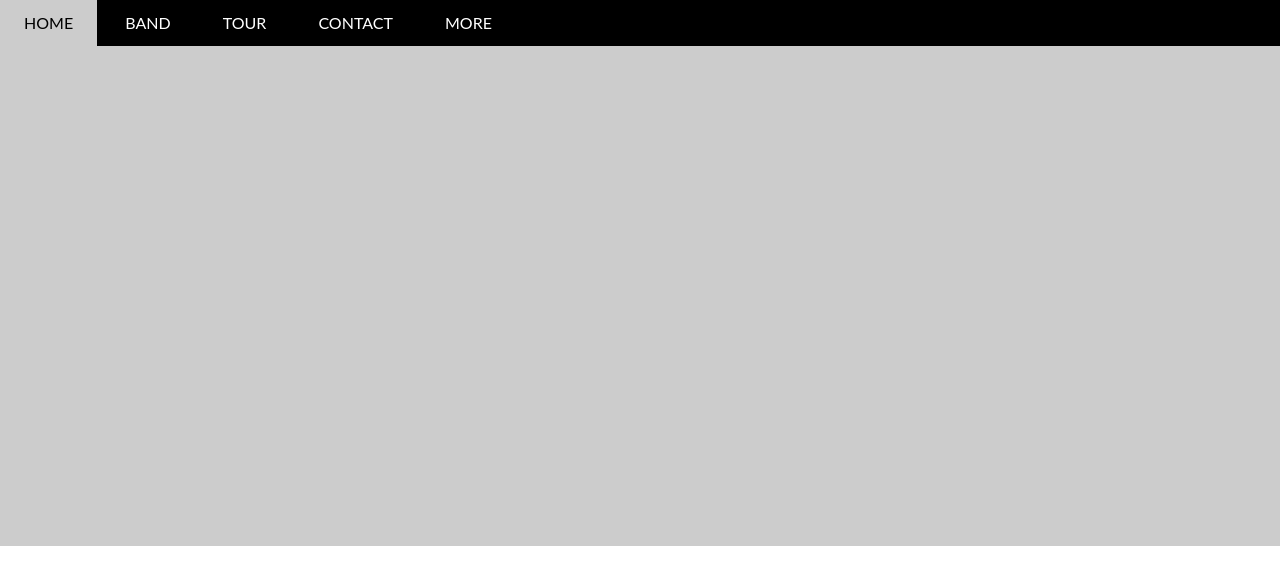
Repository: tatvanhco/web-dau-tay
Page: index.html
An editor plug-in stored every save of this project. The page is shown before and after the next save, followed by the edit.
The browser window is 1280 px wide. The pictures show the whole page.

Above is the page before, as saved 2022-01-23 17:18:08.

After the next save:
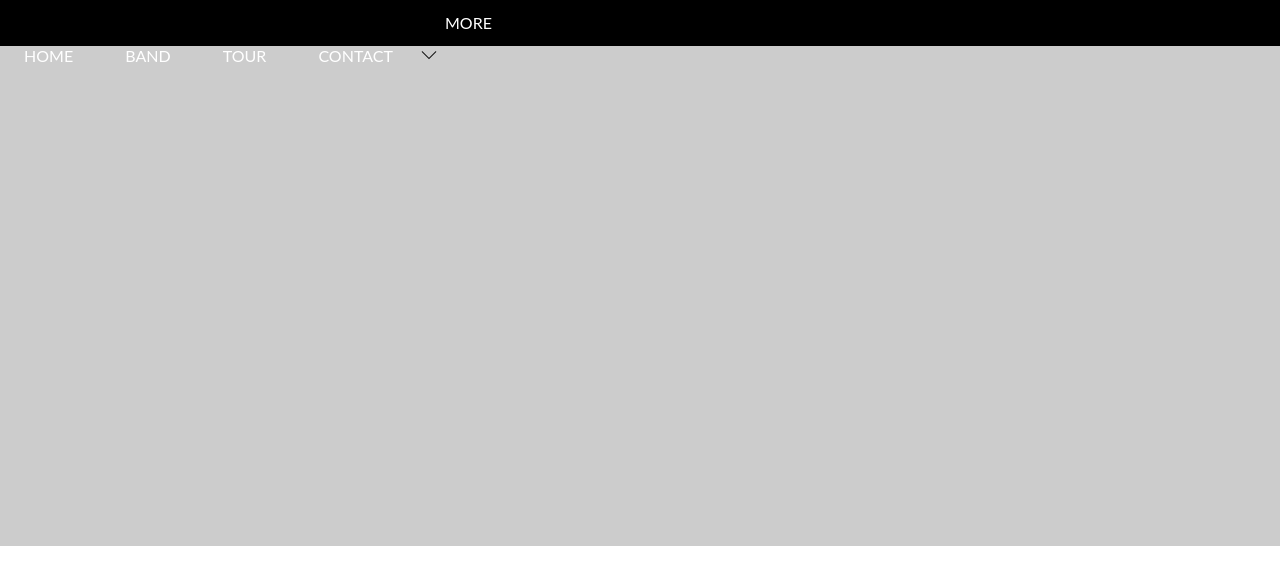
Saved 2 min 51 s later.
--- a/index.html
+++ b/index.html
@@ -6,6 +6,7 @@
     <meta name="viewport" content="width=device-width, initial-scale=1.0">
     <title>the band</title>
     <link rel="shortcut icon" href="./assets/img/band/logo.png" type="image/x-icon">
+    <link rel="stylesheet" href="./assets/fronts/themify-icons/themify-icons.css">
     <link rel="stylesheet" href="./assets/css/style.css">
     <link rel="stylesheet" href="./assets/css/responsive.css">
 </head>
@@ -19,7 +20,7 @@
                 <li><a href="#">contact</a></li>
                 <li>
                     <a href="#">more</a>
-                <!-- <i class="drop-down ti-angle-down"></i> -->
+                <i class="drop-down ti-angle-down"></i>
                     <div class="subnav">
                         <ul>
                             <li><a href="">Merchandise</a></li>

After the save that followed:
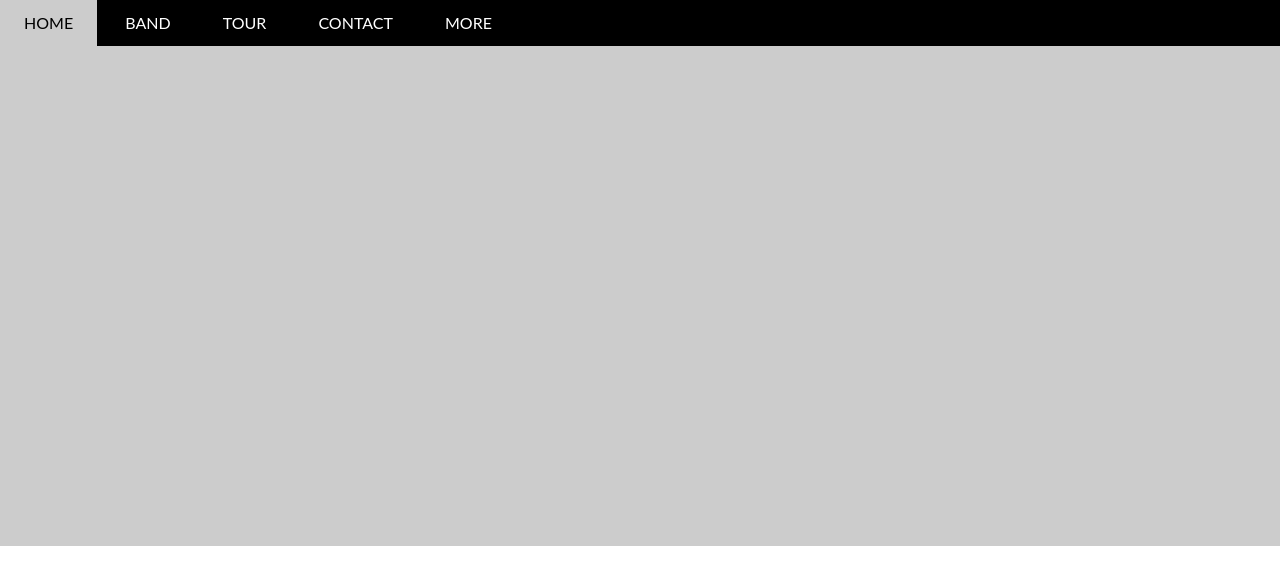
Saved 62 s later.
--- a/index.html
+++ b/index.html
@@ -20,7 +20,7 @@
                 <li><a href="#">contact</a></li>
                 <li>
                     <a href="#">more</a>
-                <i class="drop-down ti-angle-down"></i>
+                <!-- <i class="drop-down ti-angle-down"></i> -->
                     <div class="subnav">
                         <ul>
                             <li><a href="">Merchandise</a></li>
